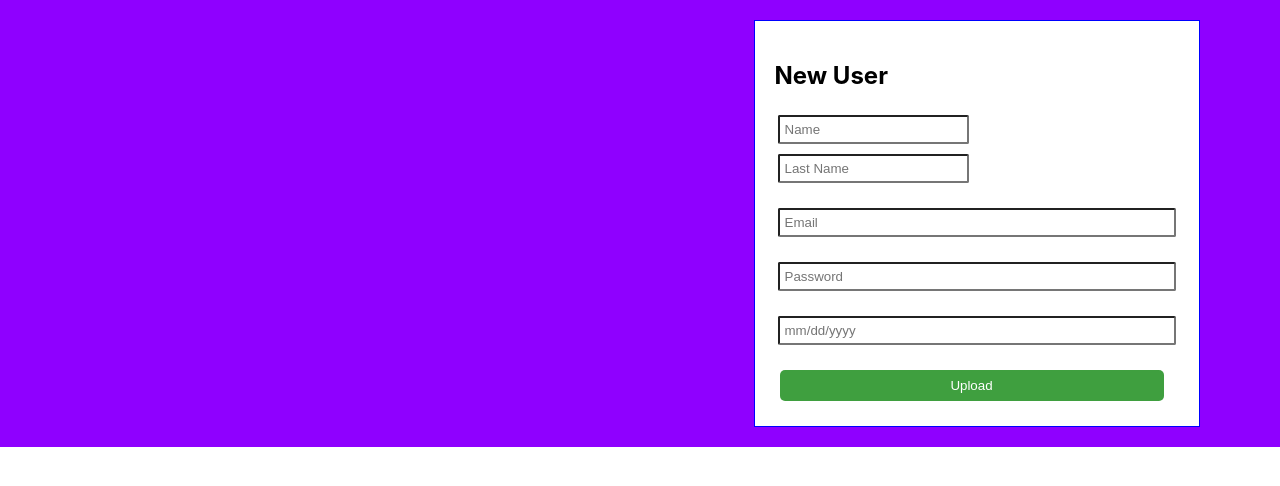
Repository: RobertAries28/CrudUsuarios
Page: /
These files come from the project's save history. The page is drawn as it stood at one moment and after the next save; the edit follows.
The browser window is 1280 px wide. The pictures show the whole page.
The page's requests for data from a server got no answer. The project was rebuilt for these pictures with package versions that can differ from the ones it lists, and the page was loaded fresh each time. No one was signed in, and anything a server would have sent is missing.

Above is the page before, as saved 2022-05-23 19:40:09.

### src/App.js

import axios from 'axios';
import { useEffect, useState } from 'react';
import './App.css';
import UsersForm from './UsersForm';
import UsersList from './UsersList';

const App=()=> {

  const [users,setUsers]= useState([])
  useEffect(()=>{
    axios.get('https://users-crud1.herokuapp.com/users/')
    .then(res=>setUsers(res.data))

  },[]);
  console.log(users)
  return (
    <div className="App">
     <UsersList users={users}/>
     <UsersForm/>
    </div>
  );
}

export default App;

### src/App.css
.App{
  background: #8F00FF;
  height: 100%;
  padding: 20px 0;
  display: flex;
  justify-content: space-around;

}

ul{
  list-style: none;
  padding: 0;
  margin: 0 0;



}

.users{
  border-radius: 20px;


  display: flex;
  justify-content: space-around;
  align-items: center;
  border: 1px solid blue;
  background: white;
  padding: 20px 0;

}
.infoUsers{
  width: 40%;
}

.form{
  display: flex;
  flex-direction: column;
  justify-content: center;
  align-items: center;
  border: 1px solid blue;
  background: white;




}

.formUser{
  padding-left: 20px;
  padding-right: 40px;
  padding-top: 20px;
  padding-bottom: 20px;
  width: 30%;
  border: 1px solid blue;
  background: white;
  height: 40%;
}

input{
padding: 5px;
margin: 5px 3px;
border-radius: 2px;


}

form{
  width: 100%;
}

.buttonDate{
  width: 100%;
  margin: 5px;
  padding: 8px;
  background: #3f9f3f;
  border: none;
  border-radius: 5px;
  color: white;
}

.date{
  width: 100%;
}
label{
  margin: 2px;
}


.dateUsers{
  margin: 15px 0;
}

### src/UsersForm.js
import React, { useEffect, useState } from 'react';
import './App.css';

const UsersForm = ({addUsers,updateUsers,userEdit,selectUsers}) => {

        const [name,setName]= useState("");

        const [lastName, setLatName] = useState("");
        const [email,setEmail]= useState("");


        const [birthday, setBirthday] = useState("")
        const [password, setPassword] = useState("")

      useEffect(()=>{
          console.log("Cambio productEdit")

          if(userEdit){
              setName(userEdit.name);
              setLatName(userEdit.lastName);
              setEmail(userEdit.email)
              setBirthday(userEdit.birthday)
              setPassword(userEdit.password)
          } else{
              setName("");
              setLatName("");
              setEmail("");
              setBirthday("");
              setPassword("")
          }
      },[userEdit])

        const submit=(e)=>{
            e.preventDefault();
            const user={

                name:name,
                lastName:lastName,
              email:email,
              birthday:birthday,
              password:password
            }

           if(userEdit){
               user.id= userEdit.id
             updateUsers(user);
           }else{

            addUsers(user)
        }



        }
        return (
            <div className='formUser'>
                <form onSubmit={submit}>
                  <h2>New User</h2>
                <div className='dateUsers'>

                      <input placeholder='Name' type="text"
                             id="name"
                             onChange={e=> setName(e.target.value)}
                                 value={name}
                             />


                      <input placeholder='Last Name' type="text"
                             id="lastname"
                             onChange={e=> setLatName(e.target.value)}
                                 value={lastName}
                             />
                  </div>

                  <div className='dateUsers'>

                      <input placeholder='Email' className='date' type="email"
                             id="email"
                             onChange={e=> setEmail(e.target.value)}
                                 value={email}
                             />
                  </div>

                  <div className='dateUsers'>

                      <input placeholder='Password' className='date' type="password"
                      id='password'
                      onChange={e=> setPassword(e.target.value)}
                      value={password} />
                  </div>

                  <div className='dateUsers'>

                      <input placeholder='mm/dd/yyyy' className='date' type="text"
                      id='birthday'
                      onChange={e=> setBirthday(e.target.value)}
                      value={birthday} />
                  </div>



                  <button className='buttonDate' >Upload</button>

                  {
                      userEdit &&
                      <button type='button'
                        onClick={()=> selectUsers(null)}
                      >Cancelar</button>
                  }
                </form>
            </div>
    );
}

export default UsersForm;

### src/UsersList.js
import React from 'react';
import './App.css';

const UsersList = ({users,removeProduct,selecProduct}) => {
    return (
        <div className='infoUsers'>
               <ul>
                {
                    users.map(user=>(
                        <li className='users' style={{marginBottom:"10px"}} key={user.id}>
                            <ul>
                                <li><b>Nombre: </b>{user.first_name}</li>
                                <li><b>Apellido: </b>{user.last_name}</li>
                                <li><b>Email: </b>{user.email}</li>
                                <li><b>Brithday: </b>{user.birthday}</li>
                            </ul>
                            <div className='button'>
                            <button onClick={()=>removeProduct(user.id)}>Eliminar</button>
                       <button onClick={()=>selecProduct(user)}>Actualizar</button>
                       </div>
                        </li>
                    ))
                }
            </ul>
        </div>
    );
}

export default UsersList;

Loaded but not shown: public/index.html (common file); src/index.js (common file); src/index.css (common file); src/reportWebVitals.js (common file)

After the next save:
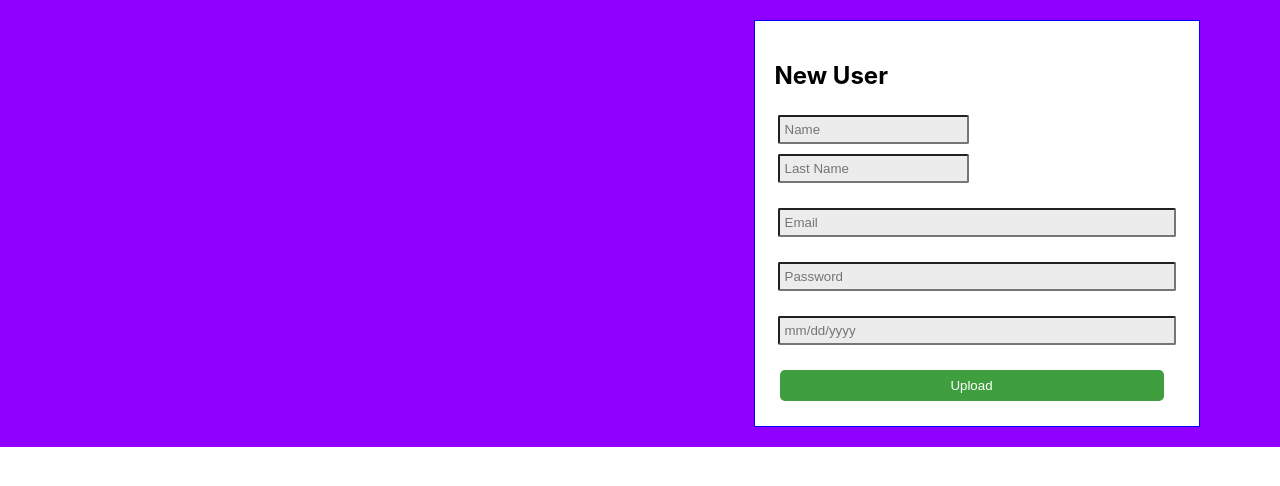
Saved 52 s later.
--- a/src/App.css
+++ b/src/App.css
@@ -60,6 +60,9 @@ input{
 padding: 5px;
 margin: 5px 3px;
 border-radius: 2px;
+background:
+#ECECEC
+;
 
 
 }
